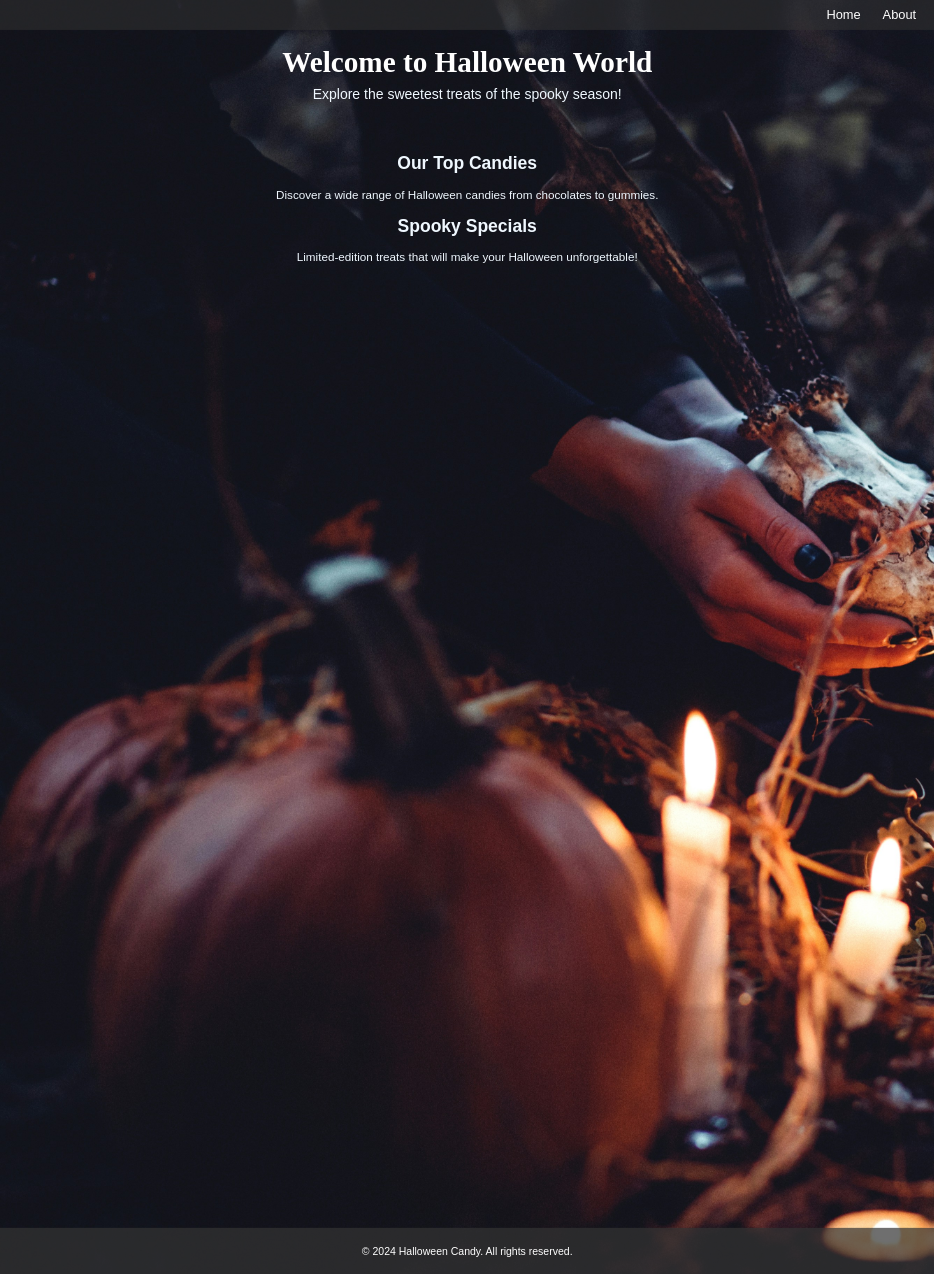
Repository: monicaifijeh/test2
Page: kyportfolio/src/indexHallo.html
An editor plug-in stored every save of this project. The page is shown before and after a run of saves, followed by the edit.
The browser window is 1280 px wide. The pictures show the whole page, at 73% of full size.

Above is the page before, as saved 2024-12-20 17:53:45.

After the next 3 saves:
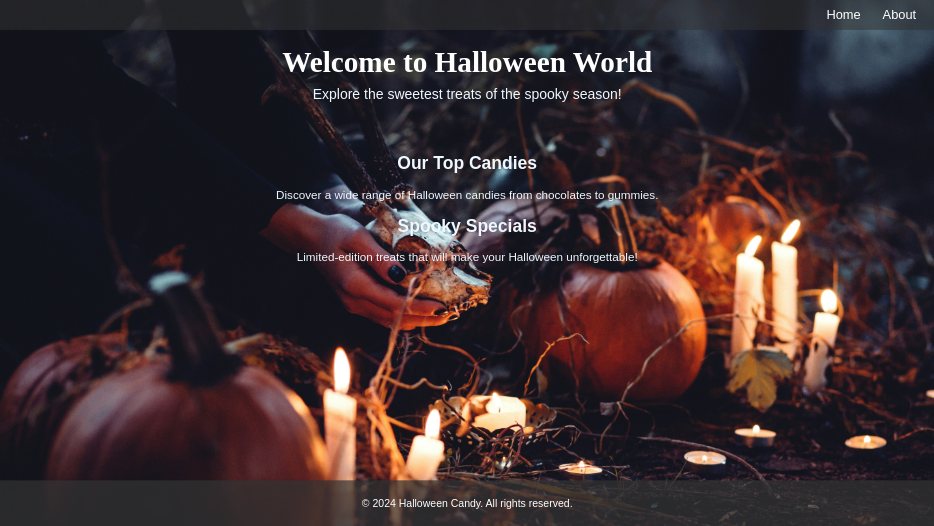
The 3 saves are shown as one change because they came seconds apart.
The last was saved 18 s later.
--- a/kyportfolio/src/kystyle.css
+++ b/kyportfolio/src/kystyle.css
@@ -66,7 +66,7 @@ section {
 }
 
 footer {
-    margin-top: 100%;
+    margin-top: 20%;
     text-align: center;
     padding: 10px;
     background-color: #333333b4;
